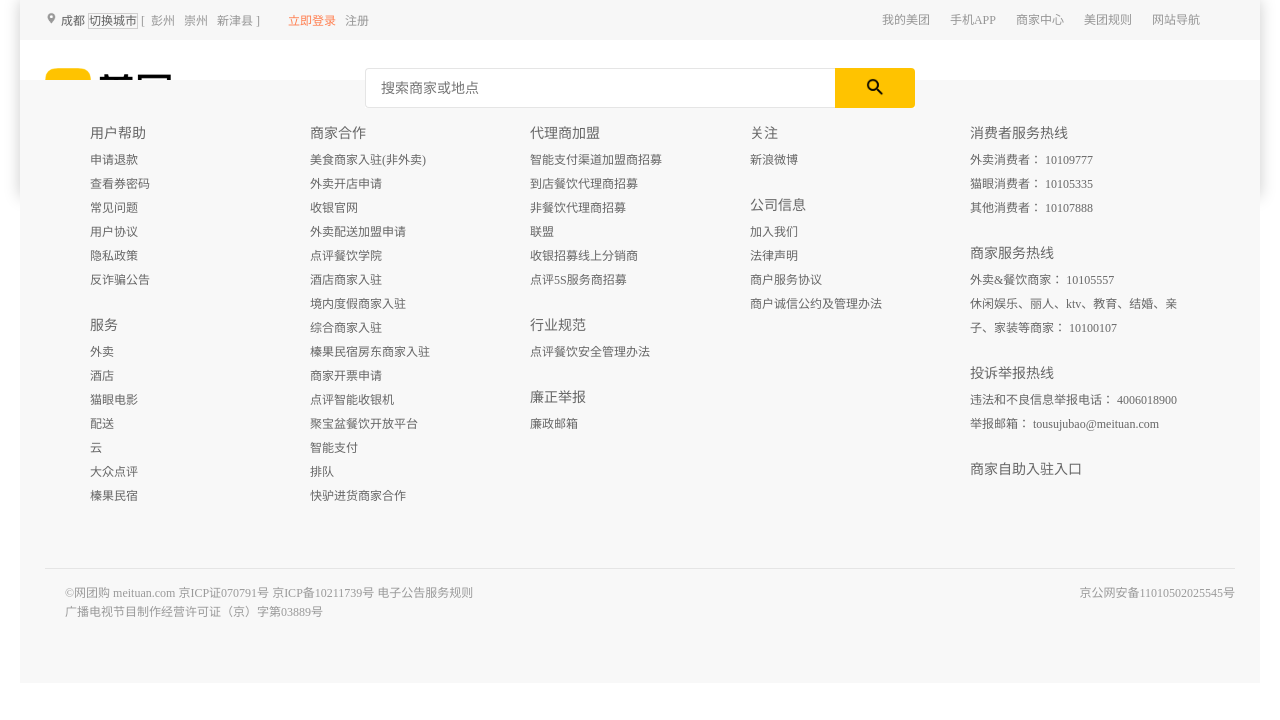
Repository: buddy-fallinlove/Meituan
Page: /
These files come from the project's save history. The page is drawn as it stood at one moment and after the next save; the edit follows.
The browser window is 1280 px wide. The pictures show the whole page.
The project was rebuilt for these pictures with package versions that can differ from the ones it lists, and the page was loaded fresh each time. Also part of the build but not shown: vue.config.js.

Above is the page before, as saved 2020-08-20 18:55:54.

After the next save:
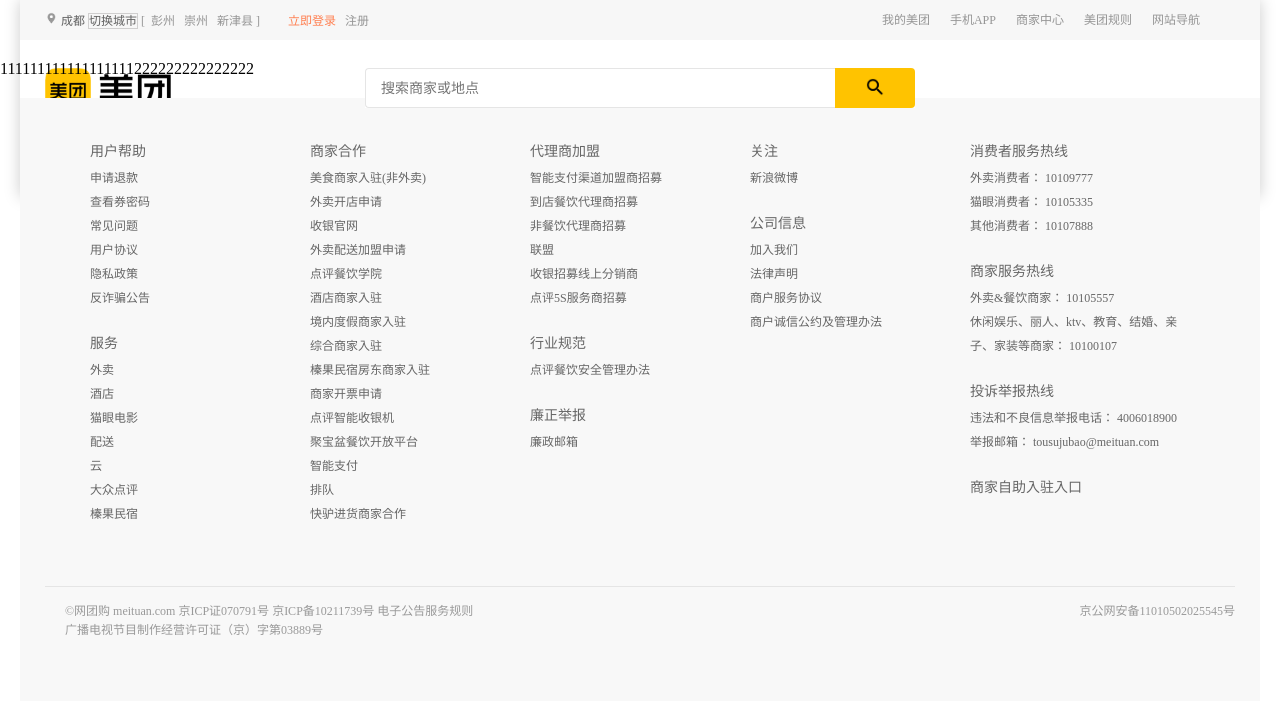
Saved 36 s later.
--- a/src/views/Home.vue
+++ b/src/views/Home.vue
@@ -1,5 +1,6 @@
 <template>
  <div>
+ 111111111111111111222222222222222
  </div>
 </template>
 
